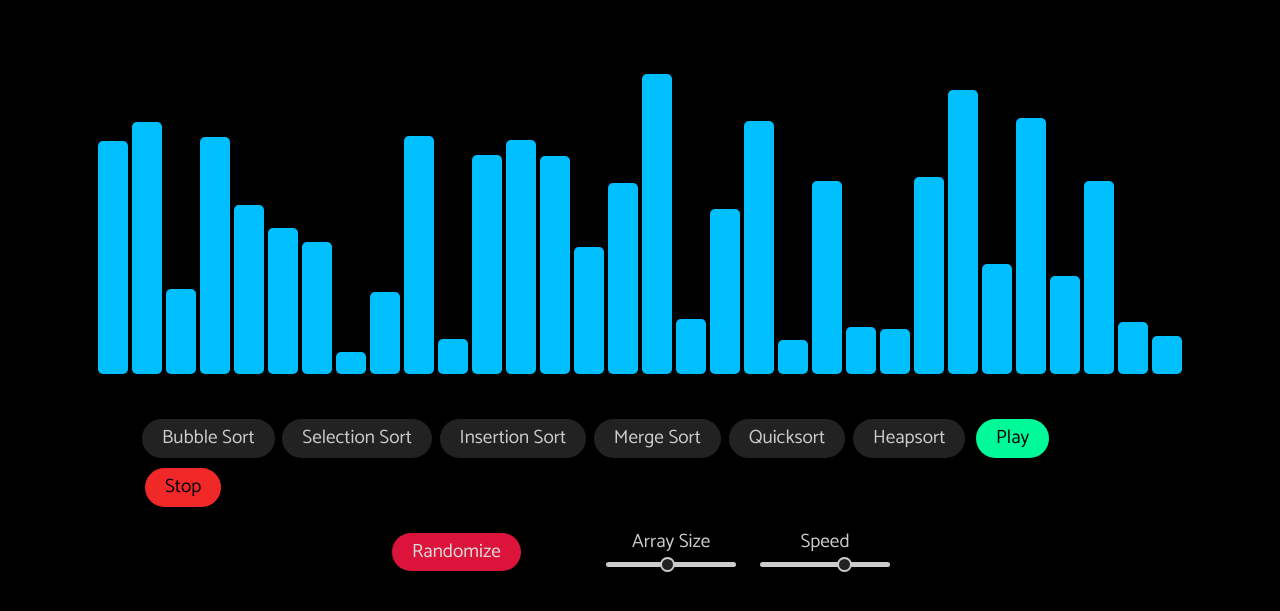
Repository: sneha1010/Sorting-visualizer
Page: index.html
These files come from the project's save history. The page is drawn as it stood at one moment and after the next save; the edit follows.
The browser window is 1280 px wide. The pictures show the whole page.

Above is the page before, as saved 2022-06-14 16:55:50.

### index.html
<!DOCTYPE html>
<html lang="en">
<head>
    <meta charset="utf-8">
    <meta name="viewport" content="width=device-width, initial-scale=1, shrink-to-fit=no">

    <link rel="stylesheet" href="https://stackpath.bootstrapcdn.com/bootstrap/4.5.2/css/bootstrap.min.css" integrity="sha384-JcKb8q3iqJ61gNV9KGb8thSsNjpSL0n8PARn9HuZOnIxN0hoP+VmmDGMN5t9UJ0Z" crossorigin="anonymous">
    <link href="https://fonts.googleapis.com/css2?family=Catamaran:wght@100;200;300;400;500;600;700;800;900&display=swap" rel="stylesheet">
    <link rel="stylesheet" href="assets/style.css">
    <link rel="shortcut icon" href="assets/favicon.ico" type="image/x-icon">

    <title>Sorting Visualizer</title>
</head>
<body>
    <div class="container">
        <div id="array-container">
            <div id="array"></div>
            <h5 id="no-algo-warning" class="display-none">No Algorithm Selected!</h5>
        </div>
        <div id="algo-container">
            <button class="algo-btn">Bubble Sort</button>
            <button class="algo-btn">Selection Sort</button>
            <button class="algo-btn">Insertion Sort</button>
            <button class="algo-btn">Merge Sort</button>
            <button class="algo-btn">Quicksort</button>
            <button class="algo-btn">Heapsort</button>
            <button id="sort">Play</button>
            <button id="stop">Stop</button>
        </div>
        <div id="change-container">
            <button id="randomize">Randomize</button>
            <div id="sliders">
                <div class="slider-container">
                    <label>Array Size</label>
                    <input type="range" id="size-slider" class="slider" autocomplete="off">
                </div>
                <div class="slider-container">
                    <label>Speed</label>
                    <input type="range" id="speed-slider" class="slider" autocomplete="off">
                </div>
            </div>
        </div>
    </div>

    <script src="https://code.jquery.com/jquery-3.4.1.slim.min.js" integrity="sha384-J6qa4849blE2+poT4WnyKhv5vZF5SrPo0iEjwBvKU7imGFAV0wwj1yYfoRSJoZ+n" crossorigin="anonymous"></script>
    <script src="assets/script.js"></script>
    <script src="assets/bubble-sort.js"></script>
    <script src="assets/selection-sort.js"></script>
    <script src="assets/insertion-sort.js"></script>
    <script src="assets/merge-sort.js"></script>
    <script src="assets/quicksort.js"></script>
    <script src="assets/heapsort.js"></script>
</body>
</html>

<!--
    1. pause button
    2. reset button
    3. upper limit-lower limit
    4. ui

 -->

### assets/style.css
*:focus, button:focus {
    outline: none;
}

body {
    background-color: black;
    font-family: "Catamaran", sans-serif;
    color: #ccc;
}

.display-none {
    display: none;
}

.display-flex {
    display: flex;
}

#array-container {
    height: 350px;
    margin-top: 3em;
    display: flex;
    flex-direction: column-reverse;
    position: relative;
}

#array {
    margin: 1em auto;
}

.element {
    display: inline-block;
    border-radius: 5px;
}

#no-algo-warning {
    position: absolute;
    justify-content: center;
    align-items: center;
    top: 0;
    bottom: 0;
    left: 0;
    right: 0;
    margin: auto;
    width: 250px;
    height: 50px;
    text-align: center;
    background-color: rgba(0, 0, 0, 0.8);
    border: 1px solid #ccc;
    border-radius: 5px;
}

#algo-container {
    max-width: 1000px;
    margin: 1em auto;
}

.algo-btn, #sort, #stop,#randomize {
    background-color: #222;
    margin: 5px 2px;
    padding: 5px 20px;
    color: #ccc;
    font-size: 1.2em;
    border: none;
    border-radius: 50px;
}

.algo-btn:hover, .algo-btn-active {
    background-color: #ccc;
    color: #222;
}

#sort {
    /* float: right; */
    margin: 5px;
    background-color: mediumspringgreen;
    color: black;
}

#sort:hover, #randomize:hover {
    opacity: 0.8;
}

#sort:disabled, #randomize:disabled {
    opacity: 0.5;
    cursor: not-allowed;
}
#stop {
    /* float: right; */
    margin: 5px;
    background-color: rgb(241, 40, 40);
    color: black;
}
#stop:hover, #randomize:hover {
    opacity: 0.8;
}

#stop:disabled, #randomize:disabled {
    opacity: 0.5;
    cursor: not-allowed;
}
#change-container {
    max-width: 500px;
    margin: 1em auto;
}

#randomize, .slider-container {
    vertical-align: middle;
}

#randomize {
    background-color: crimson;
    color: #ddd;
}

#sliders {
    float: right;
}

.slider-container {
    display: inline-block;
    margin-left: 20px;
}

.slider-container label {
    display: block;
    margin: 0;
    text-align: center;
    font-size: 1.2em;
}

.slider {
    -webkit-appearance: none;
    width: 130px;
    height: 15px;
    background-color: transparent;
}

.slider::-webkit-slider-runnable-track {
    -webkit-appearance: none;
    height: 5px;
    background-color: #ccc;
    border-radius: 5px;
    cursor: pointer;
}

.slider::-moz-range-track {
    height: 5px;
    background-color: #ccc;
    border-radius: 5px;
    cursor: pointer;
}

.slider::-moz-range-progress {
    height: 5px;
    background-color: #777;
    border-radius: 5px;
    cursor: pointer;
}

.slider::-webkit-slider-thumb {
    -webkit-appearance: none;
    background-color: #222;
    border: 2px solid #ccc;
    width: 15px;
    height: 15px;
    border-radius: 15px;
    margin-top: -5px;
}

.slider::-moz-range-thumb {
    background-color: #222;
    border: 2px solid #ccc;
    width: 13px;
    height: 13px;
    border-radius: 13px;
    cursor: pointer;
}

.slider:disabled {
    opacity: 0.5;
}

.slider:disabled::-webkit-slider-runnable-track {
    cursor: not-allowed;
}

.slider:disabled::-moz-range-track {
    cursor: not-allowed;
}

.slider:disabled::-moz-range-progress {
    cursor: not-allowed;
}

.slider:disabled::-moz-range-thumb {
    cursor: not-allowed;
}

### assets/script.js
const MIN_SIZE = 4;
const MAX_SIZE = 64;
const DEFAULT_SIZE = 32;

const MIN_SPEED = 1;
const MAX_SPEED = 4;
const DEFAULT_SPEED = 3;

const MIN = 20;
const MAX = 300;

const WAITING_TIME = 100;

const UNSORTED = 'deepskyblue';
const SORTED = 'mediumspringgreen';
const COMPARE = 'crimson';
const SELECTED = 'blueviolet';
const LEFT = 'gold';
const RIGHT = 'orangered';

var size;
var delay;

var arr = [];

var array_container_width;
var element_width;
var element_width_max;
var margin_element;

var algo_selected;
var run=false;
var first=true;
var halt =false;
function updateValues() {
    array_container_width = Math.floor( $("#array-container").width() );
    element_width_max = Math.floor(array_container_width / 20);

    margin_element = 2;
    if( parseInt( $(window).width() ) < 1200 )
        margin_element = 1;
}

function findElementWidth() {
    element_width = Math.floor(array_container_width / size);
    element_width -= 2 * margin_element;

    if(element_width > element_width_max)
        element_width = element_width_max;
}

function createArray() {
    arr = [];
    $("#array").html('');

    for(var i = 0; i < size; i++) {
        var n = Math.floor( Math.random() * (MAX - MIN + 1) ) + MIN;
        arr.push(n);

        var $element = $('<div>');
        $element.attr('id', "e" + i);
        $element.attr('class', "element");
        $element.css('background-color', UNSORTED);
        $element.css('width', element_width.toString() + 'px');
        $element.css('height', n.toString() + 'px');
        $element.css('margin-left', margin_element + 'px');
        $element.css('margin-right', margin_element + 'px');
        $element.appendTo("#array");
    }
}

function setHeight(id, height) {
    $("#e" + id).css('height', height);
}

function setColor(id, color) {
    $("#e" + id).css('background-color', color);
}

function setColorRange(p, r, color) {
    for(var i = p; i <= r; i++)
        $("#e" + i).css('background-color', color);
}
function pauseHandler()
{
    const pause = document.getElementById("sort");
    run = run === true ? false : true;
    pause.textContent = run === true ? "Pause" : "Play";
}
async function pauseButton() {
    while (run == false) await sleep(1);
    return;
  }
function swap(a, b) {
    var temp = arr[a];
    arr[a] = arr[b];
    arr[b] = temp;

    var h1 = $("#e" + a).css('height');
    var h2 = $("#e" + b).css('height');

    setHeight(a, h2);
    setHeight(b, h1);
}

function disableOthers() {
    // $("#sort").prop('disabled', true);
    $("#randomize").prop('disabled', true);
    $("#size-slider").prop('disabled', true);
}

function enableOthers() {
    $("#sort").prop('disabled', false);
    $("#randomize").prop('disabled', false);
    $("#size-slider").prop('disabled', false);
}

function sleep(ms) {
    return new Promise(resolve => setTimeout(resolve, ms));
}

$(document).ready(function() {
    $("#size-slider").attr('min', MIN_SIZE);
    $("#size-slider").attr('max', MAX_SIZE);
    $("#size-slider").attr('value', DEFAULT_SIZE);

    $("#speed-slider").attr('min', MIN_SPEED);
    $("#speed-slider").attr('max', MAX_SPEED);
    $("#speed-slider").attr('value', DEFAULT_SPEED);

    size = DEFAULT_SIZE;
    delay = WAITING_TIME * Math.pow(2, MAX_SPEED - DEFAULT_SPEED);

    updateValues();

    findElementWidth();
    createArray();

    $("#randomize").click(
        function() {
            createArray();
        }
    );

    $(".algo-btn").click(
        function() {
            algo_selected = $(this).html();

            $(".algo-btn-active").removeClass('algo-btn-active');
            $(this).addClass('algo-btn-active');

            $("#no-algo-warning").removeClass('display-flex');
            $("#no-algo-warning").addClass('display-none');
        }
    );

    $("#sort").click(
        async function() {
            if(first){
                first=false;
                pauseHandler();

            disableOthers();

            setColorRange(0, size - 1, UNSORTED);

            if(algo_selected == "Bubble Sort"&&run)
                await bubbleSort();
            else if(algo_selected == "Selection Sort")
                await selectionSort();
            else if(algo_selected == "Insertion Sort")
                await insertionSort();
            else  if(algo_selected == "Merge Sort")
                await mergeSort(0, size - 1);
            else if(algo_selected == "Quicksort")
                await quicksort(0, size - 1);
            else if(algo_selected == "Heapsort")
                await heapsort();
            else {
                $("#no-algo-warning").removeClass('display-none');
                $("#no-algo-warning").addClass('display-flex');
            }

            enableOthers();
        }
        else
        pauseHandler();
        }
    );

    $("#stop").click(
       function() {
      halt=true;
        }
    );





// pause.addEventListener("click", () => {
//   run = run === true ? false : true;
//   pause.textContent = run === true ? "Pause" : "Play";
// });
    $("#size-slider").on('input', function() {
        size = $(this).val();

        findElementWidth();
        createArray();
    });

    $("#speed-slider").on('input', function() {
        delay = WAITING_TIME * Math.pow(2, MAX_SPEED - $(this).val());
    });

    $(window).resize(function() {
        if(array_container_width != Math.floor( $("#array-container").width() )) {
            updateValues();

            findElementWidth();

            for(var i = 0; i < size; i++) {
                $("#e" + i).css('width', element_width.toString() + 'px');
                $("#e" + i).css('margin-left', margin_element + 'px');
                $("#e" + i).css('margin-right', margin_element + 'px');
            }
        }
    });
});

### assets/bubble-sort.js
async function bubbleSort() {
    var i, j;
    await sleep(delay);
     halt=false;
    for(i = 0; i < size - 1; i++) {
        for(j = 0; j < size - i - 1; j++) {
            await sleep(delay);

            setColor(j, COMPARE);
            setColor(j + 1, COMPARE);
            await sleep(delay);

            if(arr[j] > arr[j + 1]) {
                swap(j, j + 1);
                await sleep(delay);
            }
            if(halt)
            break;
            while(run==false)
            await sleep(1);
            setColor(j, UNSORTED);
            setColor(j + 1, UNSORTED);
        }
       if(halt){
        setColorRange(0, size - 1, UNSORTED);
        break;
       }

        await sleep(delay);

        setColor(j, SORTED);
    }
     if(halt==false){
    setColor(0, SORTED);

     }
     halt=0;
}

### assets/insertion-sort.js
async function insertionSort() {
    var i, j, key;
    await sleep(delay);

    setColor(0, SELECTED);
    await sleep(delay);

    setColor(0, SORTED);

    for(i = 1; i < size; i++) {
        await sleep(delay);
        if(run==false)
        await pauseButton();
        setColor(i, SELECTED);
        await sleep(delay);

        j = i - 1;
        key = arr[i];

        while(j >= 0 && arr[j] > key) {
            if(run==false)
            await pauseButton();
            setColor(j, COMPARE);
            await sleep(delay);
            if(run==false)
            await pauseButton();
            swap(j, j + 1);
            if(run==false)
            await pauseButton();
            setColor(j, SELECTED);
            setColor(j + 1, COMPARE);
            await sleep(delay);
            if(run==false)
            await pauseButton();
            setColor(j + 1, SORTED);
            await sleep(delay);

            j--;
        }

        setColor(j + 1, SORTED);
    }
}

Loaded but not shown: assets/heapsort.js (no copy from this time; the picture is the same without it); assets/merge-sort.js (no copy from this time; the picture is the same without it); assets/quicksort.js (no copy from this time; the picture is the same without it); assets/selection-sort.js (no copy from this time; the picture is the same without it)

After the next save:
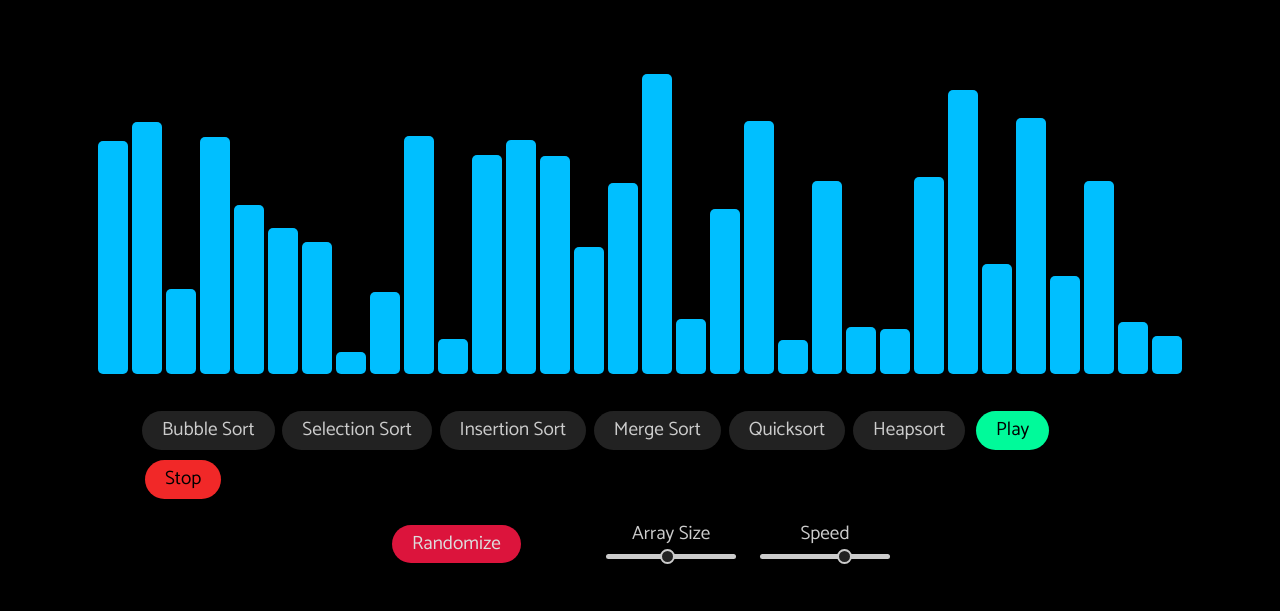
Saved 49 s later.
--- a/assets/style.css
+++ b/assets/style.css
@@ -52,7 +52,7 @@
 
 #algo-container {
     max-width: 1000px;
-    margin: 1em auto;
+    margin: 0.5em auto;
 }
 
 .algo-btn, #sort, #stop,#randomize {
